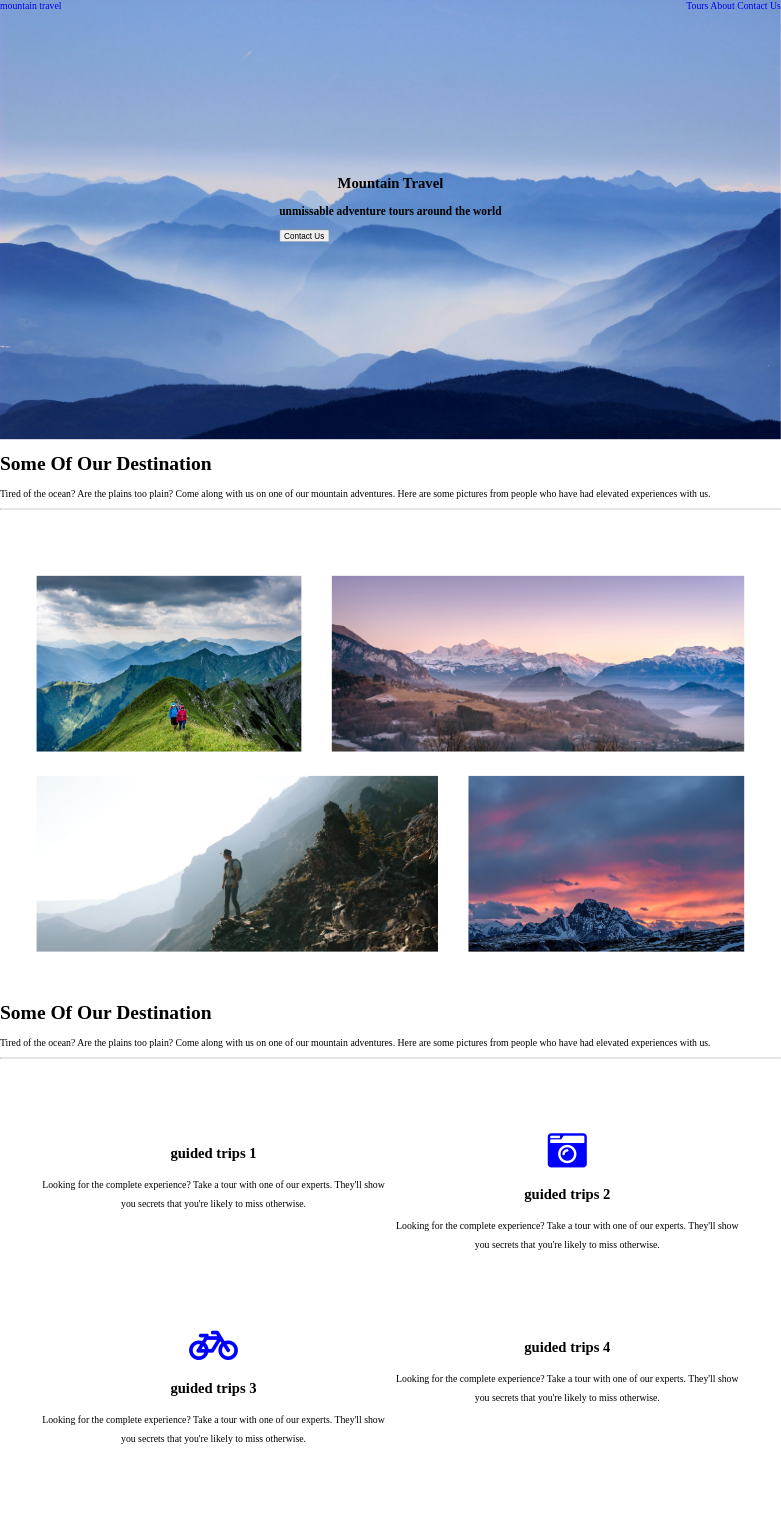
Repository: Einsteiniumeinsteinian/Advanced-CSS
Page: css-project-starter-code/index.html
The author's editor kept a copy of each file at every save. The page is drawn from the files as they stood at one save, then again after the next save.
The browser window is 1280 px wide. The pictures show the whole page, at 61% of full size.
Some web libraries are served in a nearby version.

Above is the page before, as saved 2021-08-15 19:40:36.

After the next save:
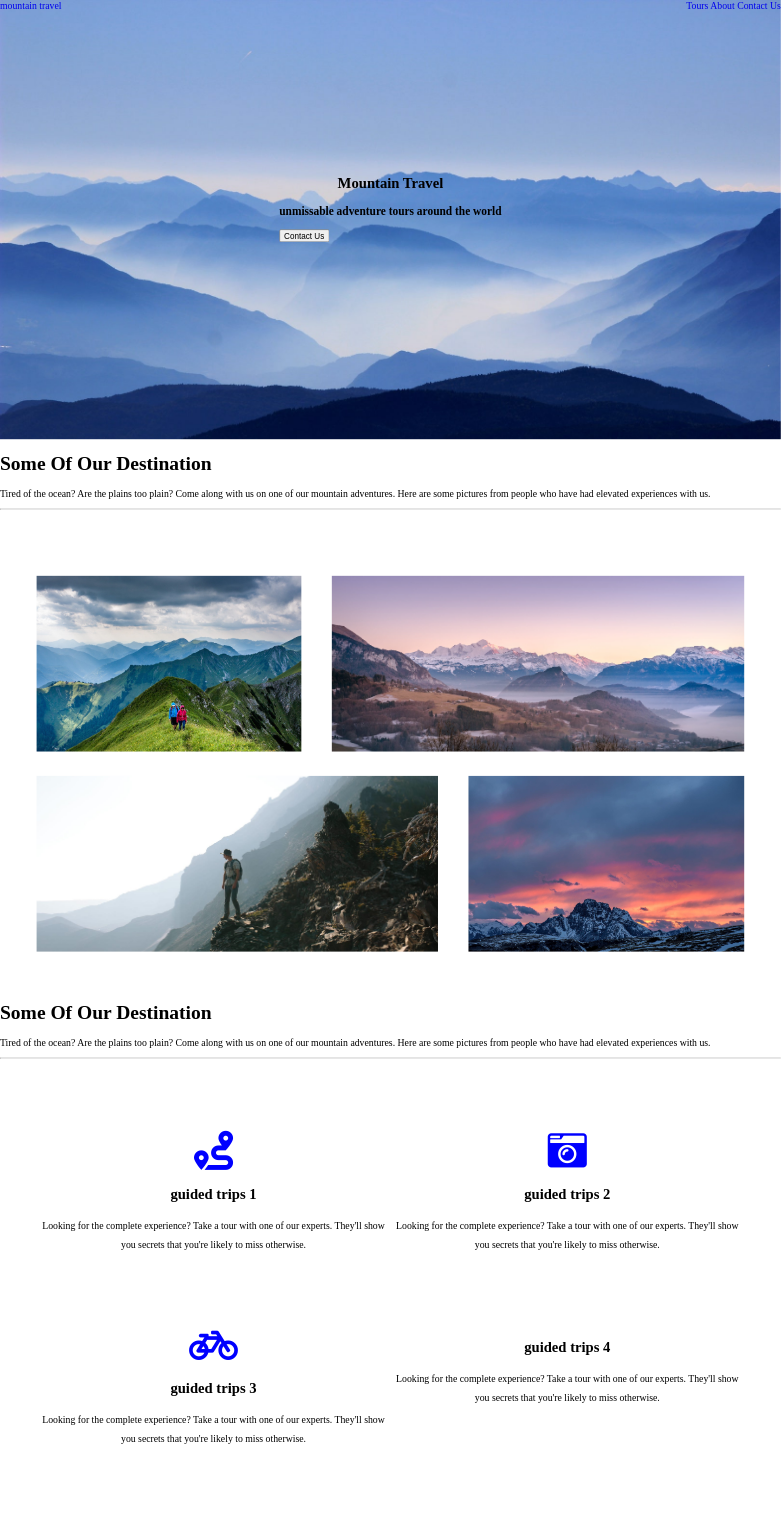
Saved 11 s later.
--- a/css-project-starter-code/index.html
+++ b/css-project-starter-code/index.html
@@ -68,6 +68,7 @@
   <section class="package-section">
     <div class="package-set">
       <div class="package">
+        <i class="fas fa-route"></i>
         <h1>
           guided trips 1
         </h1>
